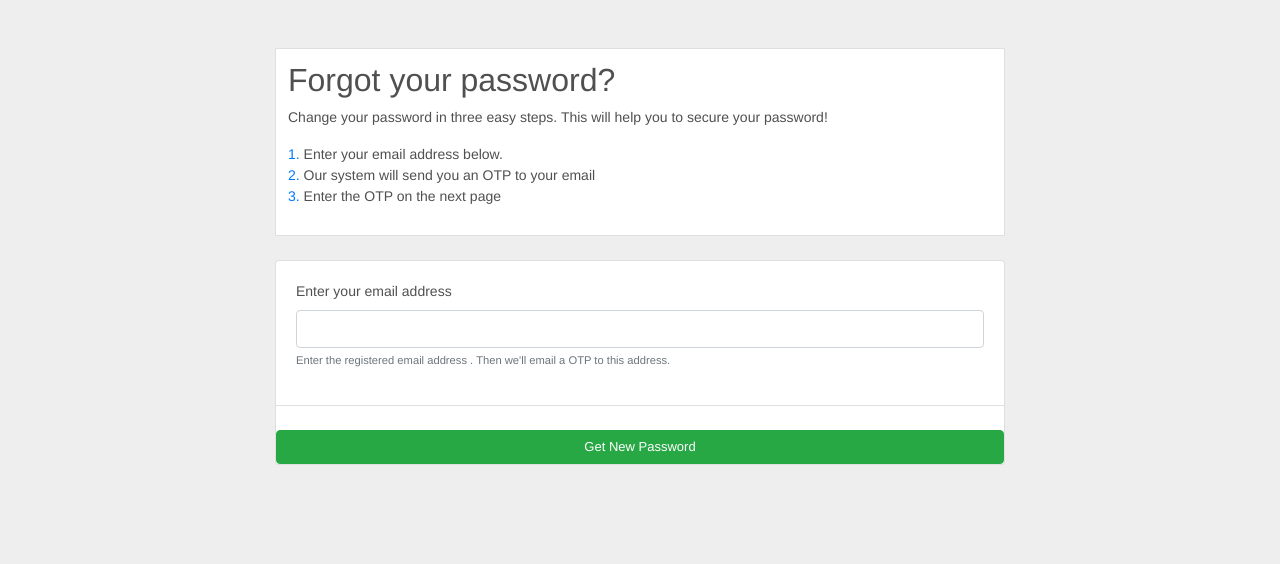
Repository: Hammam0827/maven-jenkins-exercise
Page: http://localhost/devops_project/forgotPassword.jsp
The author's editor kept a copy of each file at every save. The page is drawn from the files as they stood at one save, then again after the next save.
The browser window is 1280 px wide. The pictures show the whole page.
Some web libraries are served in a nearby version. The page is served by Tomcat 9. Other server files are loaded and not shown.

Above is the page before, as saved 2022-12-01 10:48:13.

### devops_project/src/main/webapp/forgotPassword.jsp
<!doctype html>
<html>
<head>
<meta charset='utf-8'>
<meta name='viewport' content='width=device-width, initial-scale=1'>
<title>Forgot Password</title>
<link
	href='https://stackpath.bootstrapcdn.com/bootstrap/4.1.1/css/bootstrap.min.css'
	rel='stylesheet'>
<link href='' rel='stylesheet'>
<script type='text/javascript'
	src='https://cdnjs.cloudflare.com/ajax/libs/jquery/3.2.1/jquery.min.js'></script>
<style>
body {
	background-position: center;
	background-color: #eee;
	background-repeat: no-repeat;
	background-size: cover;
	color: #505050;
	font-family: "Rubik", Helvetica, Arial, sans-serif;
	font-size: 14px;
	font-weight: normal;
	line-height: 1.5;
	text-transform: none
}

.forgot {
	background-color: #fff;
	padding: 12px;
	border: 1px solid #dfdfdf
}

.padding-bottom-3x {
	padding-bottom: 72px !important
}

.card-footer {
	background-color: #fff
}

.btn {
	font-size: 13px
}

.form-control:focus {
	color: #495057;
	background-color: #fff;
	border-color: #76b7e9;
	outline: 0;
	box-shadow: 0 0 0 0px #28a745
}
</style>
</head>
<body oncontextmenu='return false' class='snippet-body'>
	<div class="container padding-bottom-3x mb-2 mt-5">
		<div class="row justify-content-center">
			<div class="col-lg-8 col-md-10">
				<div class="forgot">

					<h2>Forgot your password?</h2>
					<p>Change your password in three easy steps. This will help you
						to secure your password!</p>
					<ol class="list-unstyled">
						<li><span class="text-primary text-medium">1. </span>Enter
							your email address below.</li>
						<li><span class="text-primary text-medium">2. </span>Our
							system will send you an OTP to your email</li>
						<li><span class="text-primary text-medium">3. </span>Enter
							the OTP on the next page</li>
					</ol>
				</div>
				<form class="card mt-4" action="forgotPassword" method="POST">
					<div class="card-body">
						<div class="form-group">
							<label for="email-for-pass">Enter your email address</label> <input
								class="form-control" type="text" name="email"
								id="email-for-pass" required=""><small
								class="form-text text-muted">Enter the registered email
								address . Then we'll email a OTP to this address.</small>
						</div>
					</div>
					<div class="card-footer">

					</div>
					<button class="btn btn-success" type="submit">Get New
							Password</button>




				</form>
			</div>
		</div>
	</div>
	<script type='text/javascript'
		src='https://stackpath.bootstrapcdn.com/bootstrap/4.1.1/js/bootstrap.bundle.min.js'></script>
	<script type='text/javascript' src=''></script>
	<script type='text/javascript' src=''></script>
	<script type='text/Javascript'></script>
</body>
</html>

After the next save:
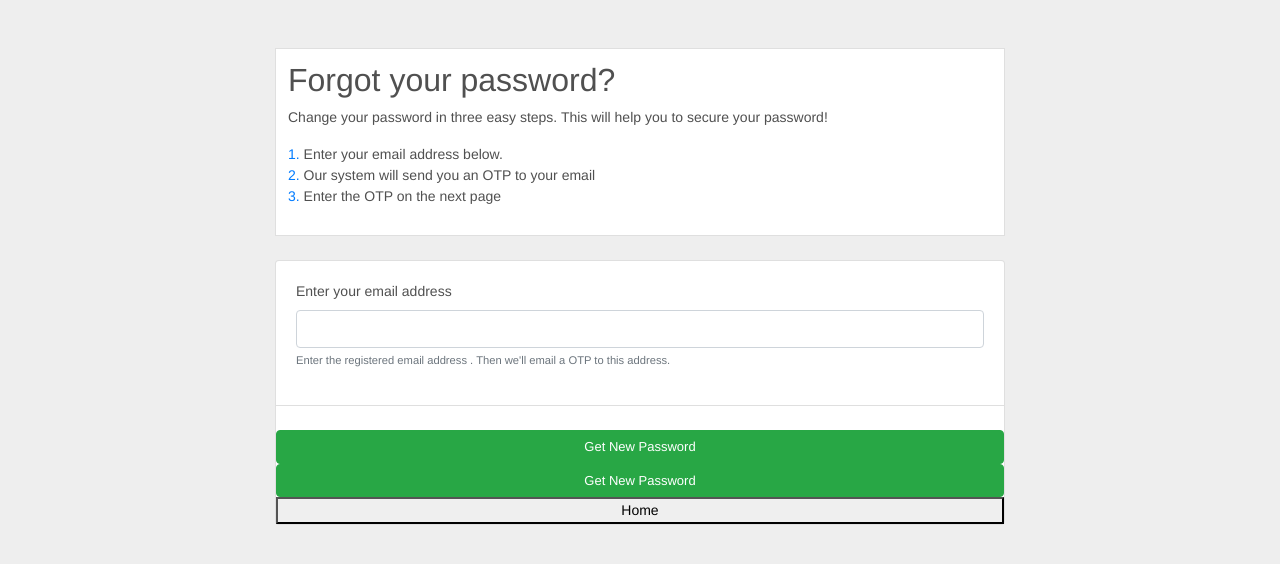
Saved 46 s later.
--- a/devops_project/src/main/webapp/forgotPassword.jsp
+++ b/devops_project/src/main/webapp/forgotPassword.jsp
@@ -84,7 +84,11 @@ body {
 					</div>
 					<button class="btn btn-success" type="submit">Get New
 							Password</button>
-
+							<button class="btn btn-success" action="/devops_project/login.jsp" type="submit">Get New
+							Password</button>
+							<form action="/devops_project/login.jsp" class="inline">
+						<button class="float-left submit-button">Home</button>
+					</form>
 
 
 
